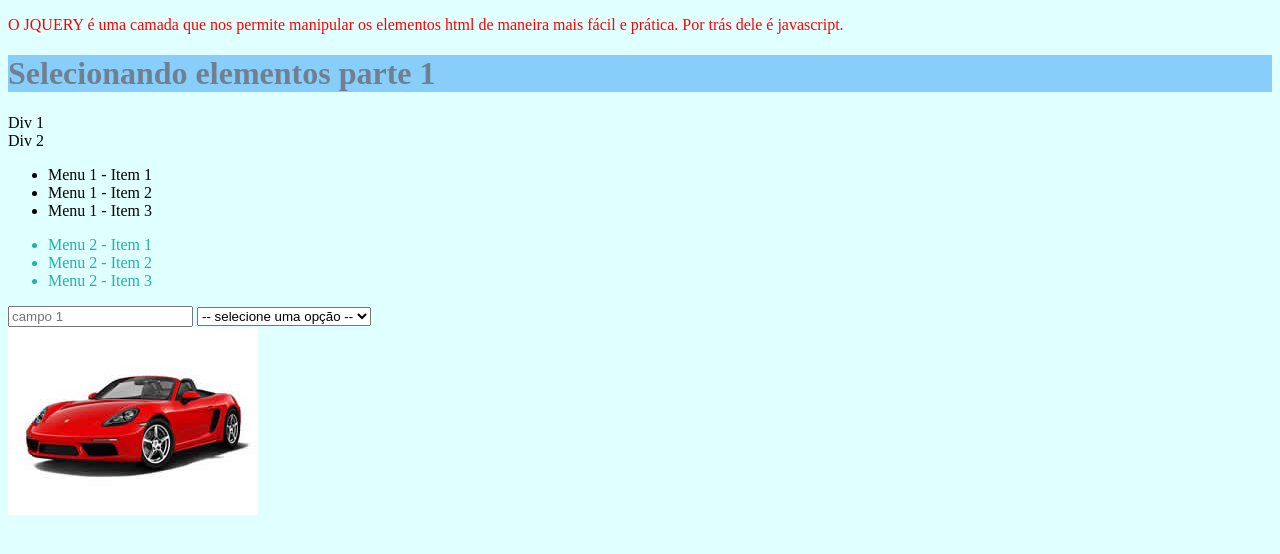
Repository: 2001mariana/jquery
Page: select-elements-part1.html
These files come from the project's save history. The page is drawn as it stood at one moment and after the next save; the edit follows.
The browser window is 1280 px wide. The pictures show the whole page.

Above is the page before, as saved 2022-07-26 17:10:55.

After the next save:
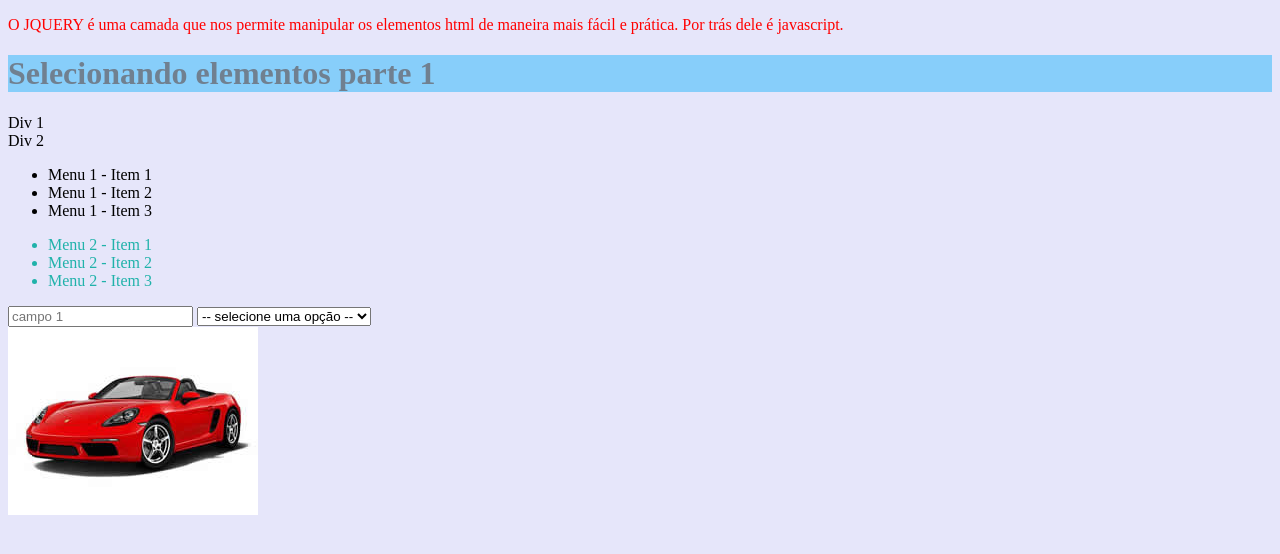
Saved 20 s later.
--- a/select-elements-part1.html
+++ b/select-elements-part1.html
@@ -9,7 +9,7 @@
     <!-- <script src='main.js'></script> -->
     <script src="https://code.jquery.com/jquery-3.6.0.min.js" integrity="sha256-/xUj+3OJU5yExlq6GSYGSHk7tPXikynS7ogEvDej/m4=" crossorigin="anonymous"></script>
 </head>
-<body style="background-color: 	#E0FFFF;">
+<body style="background-color: 		#E6E6FA;">
     <p>O JQUERY é uma camada que nos permite manipular os elementos html de maneira mais fácil e prática. Por trás dele é javascript.</p>
 
     <h1 class="diversos2">Selecionando elementos parte 1</h1>
